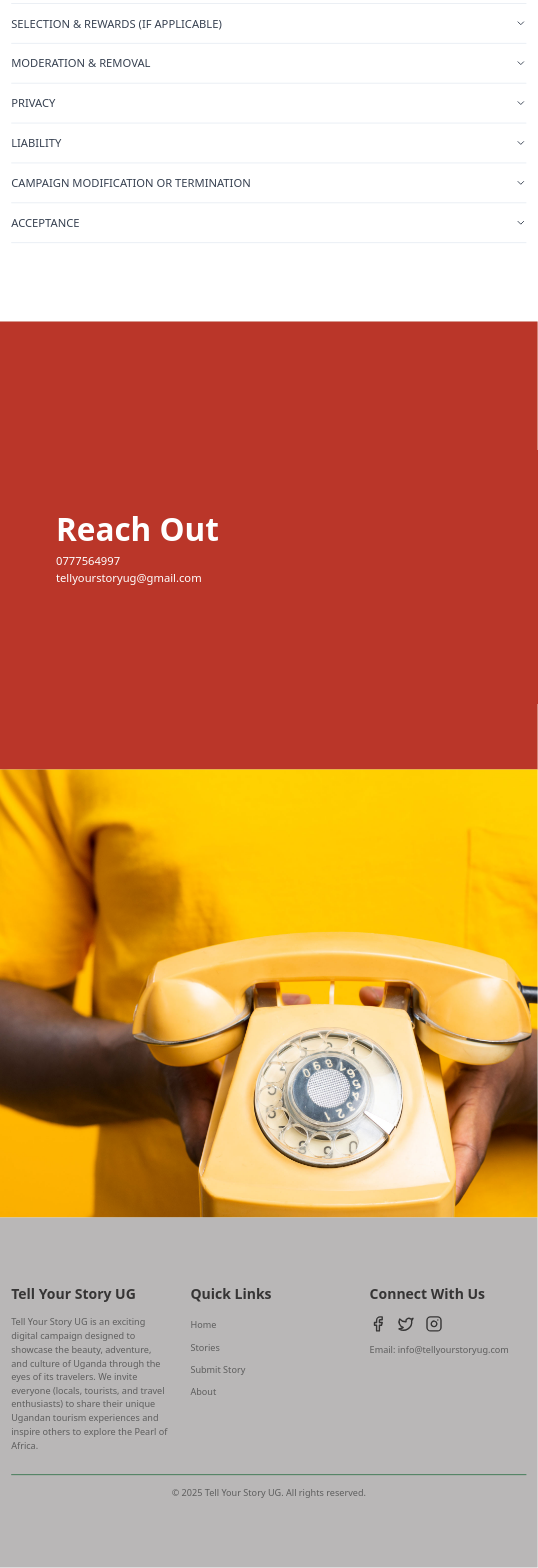
Repository: kaizoku010/take.part
Page: /
An editor plug-in stored every save of this project. The page is shown before and after the next save, followed by the edit.
The browser window is 768 px wide. The pictures show the part of the page from y = 4075 to 6315 px (the page is 6315 px tall before and 5835 px after), at 70% of full size.
Backgrounds fixed to the window are drawn as part of the page. The project was rebuilt for these pictures with package versions that can differ from the ones it lists, and the page was loaded fresh each time. Also part of the build but not shown: vite.config.ts, src/components/ui/tooltip.tsx, src/pages/About.tsx, src/components/ui/input.tsx, src/pages/Stories.tsx, src/pages/StoryDetail.tsx, src/components/ui/use-toast.ts, src/components/ui/label.tsx and 3 more.

Above is the page before, as saved 2025-04-14 17:06:54.

### index.html

<!DOCTYPE html>
<html lang="en">
  <head>
    <meta charset="UTF-8" />
    <meta name="viewport" content="width=device-width, initial-scale=1.0" />
    <title>TAKE PART</title>
    <meta name="description" content="Share your Ugandan tourism experiences and inspire others to explore the Pearl of Africa" />
    <meta name="author" content="muneza dixon" />

    <meta property="og:title" content="Tell Your Story UG - Explore Uganda" />
    <meta property="og:description" content="Share your Ugandan tourism experiences and inspire others to explore the Pearl of Africa" />

    <!-- Meta Pixel Code -->
    <script>
    !function(f,b,e,v,n,t,s)
    {if(f.fbq)return;n=f.fbq=function(){n.callMethod?
    n.callMethod.apply(n,arguments):n.queue.push(arguments)};
    if(!f._fbq)f._fbq=n;n.push=n;n.loaded=!0;n.version='2.0';
    n.queue=[];t=b.createElement(e);t.async=!0;
    t.src=v;s=b.getElementsByTagName(e)[0];
    s.parentNode.insertBefore(t,s)}(window, document,'script',
    'https://connect.facebook.net/en_US/fbevents.js');
    fbq('init', '1846327909352916');
    fbq('track', 'PageView');
    </script>
    <!-- End Meta Pixel Code -->
  </head>

  <body>
    <div id="root"></div>
    <!-- Facebook Pixel noscript -->
    <noscript><img height="1" width="1" style="display:none"
    src="https://www.facebook.com/tr?id=1846327909352916&ev=PageView&noscript=1"
    /></noscript>
    <!-- IMPORTANT: DO NOT REMOVE THIS SCRIPT TAG OR THIS VERY COMMENT! -->
    <script src="https://cdn.gpteng.co/gptengineer.js" type="module"></script>
    <script type="module" src="/src/main.tsx"></script>
  </body>
</html>

### src/App.tsx

import { Toaster } from "@/components/ui/toaster";
import { Toaster as Sonner } from "@/components/ui/sonner";
import { TooltipProvider } from "@/components/ui/tooltip";
import { QueryClient, QueryClientProvider } from "@tanstack/react-query";
import { BrowserRouter, Routes, Route } from "react-router-dom";
import Home from "./pages/Home";
import About from "./pages/About";
import Stories from "./pages/Stories";
import StoryDetail from "./pages/StoryDetail";
import SubmitStory from "./pages/SubmitStory";
import NotFound from "./pages/NotFound";
import "./mdx.css";
import "./mobile.css"

const queryClient = new QueryClient();

const App = () => (
  <QueryClientProvider client={queryClient}>
    <TooltipProvider>
      <Toaster />
      <Sonner />
      <BrowserRouter>
        <Routes>
          <Route path="/" element={<Home />} />
          <Route path="/about" element={<About />} />
          <Route path="/stories" element={<Stories />} />
          <Route path="/stories/:id" element={<StoryDetail />} />
          <Route path="/submit-story" element={<SubmitStory />} />
          {/* ADD ALL CUSTOM ROUTES ABOVE THE CATCH-ALL "*" ROUTE */}
          <Route path="*" element={<NotFound />} />
        </Routes>
      </BrowserRouter>
    </TooltipProvider>
  </QueryClientProvider>
);

export default App;

### src/index.css
@tailwind base;
@tailwind components;
@tailwind utilities;

@layer base {
  :root {
    --background: 0 0% 100%;
    --foreground: 222.2 84% 4.9%;

    --card: 0 0% 100%;
    --card-foreground: 222.2 84% 4.9%;

    --popover: 0 0% 100%;
    --popover-foreground: 222.2 84% 4.9%;

    /* Main Orange/Gold */
    --primary: 41.81 100% 49.8%;
    --primary-foreground: 210 40% 98%;

    /* Rust Red */
    --secondary: 5.38 63.88% 44.51%;
    --secondary-foreground: 210 40% 98%;

    /* Change accent to Rust Red */
    --accent: 5.38 63.88% 44.51%;
    --accent-foreground: 210 40% 98%;

    --muted: 210 40% 96.1%;
    --muted-foreground: 215.4 16.3% 46.9%;

    --destructive: 0 84.2% 60.2%;
    --destructive-foreground: 210 40% 98%;

    --border: 214.3 31.8% 91.4%;
    --input: 214.3 31.8% 91.4%;
    --ring: 5.38 63.88% 44.51%;  /* Changed to Rust Red */

    --radius: 0.5rem;

    --sidebar-background: 0 0% 98%;

    --sidebar-foreground: 240 5.3% 26.1%;

    --sidebar-primary: 240 5.9% 10%;

    --sidebar-primary-foreground: 0 0% 98%;

    --sidebar-accent: 240 4.8% 95.9%;

    --sidebar-accent-foreground: 240 5.9% 10%;

    --sidebar-border: 220 13% 91%;

    --sidebar-ring: 217.2 91.2% 59.8%;
  }

  .dark {
    --background: 222.2 84% 4.9%;
    --foreground: 210 40% 98%;

    --card: 222.2 84% 4.9%;
    --card-foreground: 210 40% 98%;

    --popover: 222.2 84% 4.9%;
    --popover-foreground: 210 40% 98%;

    /* Main Orange/Gold */
    --primary: 41.81 100% 49.8%;
    --primary-foreground: 210 40% 98%;

    /* Rust Red */
    --secondary: 5.38 63.88% 44.51%;
    --secondary-foreground: 210 40% 98%;

    /* Change accent to Rust Red */
    --accent: 5.38 63.88% 44.51%;
    --accent-foreground: 210 40% 98%;

    --muted: 217.2 32.6% 17.5%;
    --muted-foreground: 215 20.2% 65.1%;

    --destructive: 0 62.8% 30.6%;
    --destructive-foreground: 210 40% 98%;

    --border: 217.2 32.6% 17.5%;
    --input: 217.2 32.6% 17.5%;
    --ring: 5.38 63.88% 44.51%;  /* Changed to Rust Red */
    --sidebar-background: 240 5.9% 10%;
    --sidebar-foreground: 240 4.8% 95.9%;
    --sidebar-primary: 224.3 76.3% 48%;
    --sidebar-primary-foreground: 0 0% 100%;
    --sidebar-accent: 240 3.7% 15.9%;
    --sidebar-accent-foreground: 240 4.8% 95.9%;
    --sidebar-border: 240 3.7% 15.9%;
    --sidebar-ring: 217.2 91.2% 59.8%;
  }
}

@layer base {
  * {
    @apply border-border;
  }

  body {
    @apply bg-background text-foreground;
  }
}

### src/components/ui/toaster.tsx
import { useToast } from "@/hooks/use-toast"
import {
  Toast,
  ToastClose,
  ToastDescription,
  ToastProvider,
  ToastTitle,
  ToastViewport,
} from "@/components/ui/toast"

export function Toaster() {
  const { toasts } = useToast()

  return (
    <ToastProvider>
      {toasts.map(function ({ id, title, description, action, ...props }) {
        return (
          <Toast key={id} {...props}>
            <div className="grid gap-1">
              {title && <ToastTitle>{title}</ToastTitle>}
              {description && (
                <ToastDescription>{description}</ToastDescription>
              )}
            </div>
            {action}
            <ToastClose />
          </Toast>
        )
      })}
      <ToastViewport />
    </ToastProvider>
  )
}

### src/components/ui/sonner.tsx
import { useTheme } from "next-themes"
import { Toaster as Sonner, toast } from "sonner"

type ToasterProps = React.ComponentProps<typeof Sonner>

const Toaster = ({ ...props }: ToasterProps) => {
  const { theme = "system" } = useTheme()

  return (
    <Sonner
      theme={theme as ToasterProps["theme"]}
      className="toaster group"
      toastOptions={{
        classNames: {
          toast:
            "group toast group-[.toaster]:bg-background group-[.toaster]:text-foreground group-[.toaster]:border-border group-[.toaster]:shadow-lg",
          description: "group-[.toast]:text-muted-foreground",
          actionButton:
            "group-[.toast]:bg-primary group-[.toast]:text-primary-foreground",
          cancelButton:
            "group-[.toast]:bg-muted group-[.toast]:text-muted-foreground",
        },
      }}
      {...props}
    />
  )
}

export { Toaster, toast }

### src/mdx.css
#hero-text{
    font-size: 1.2rem !important;
    line-height: unset !important;
}

#logo{
    width: 6rem !important;
}

#nav{
    background-color: white !important;

}

#link{
    font-size: small !important;
    font-weight: 500;
color:rgba(0, 0, 0, 0.658) !important;
}


.bg-green-800{
    background-color: #ba3629 !important;
}

.bg-yellow-800{
    background-color: rgb(254, 177, 0) !important;
}


.bg-yellow-dx{
    background-color: rgb(254, 177, 0) !important;
}

.bg-green-900 {
    color: rgb(54, 53, 53) !important;
background-color: rgb(185, 183, 183) !important;
}


.text-green-800 {
    --tw-text-opacity: 1;
    color: rgb(43 49 45) !important;
}


.text-gray-hound{
    font-size: small;
    color: rgb(94, 94, 94) !important;
}


#carousel-section{
    padding-top: 5rem;
    padding-bottom: 5rem;
    background-color: #feb100 !important;
}

.bg-background {
    background-color: #212120 !important;
}

#prizes-section{
    height: 40rem !important;
    display: flex;
    padding-left: 10rem;
    background-position: bottom;
    background-attachment: fixed;
    width: 100%;
    background-image: url("../src/media/zebs.jpg");
}


.content-prizes{
display: flex;
/* background-color: red; */
width: 100%;
flex-direction: column;
justify-content: center;
}

.content-prizes-2{
display: flex;
background-color: transparent;
width: 100%;
flex-direction: column;
}

.win-title{

    font-weight: 800;
    font-size: 2rem;
    margin-bottom: 1rem;
    color: white;
}

.prize{
    display: flex;

    /* margin-bottom: 1rem; */
    font-weight: 200;
    /* font-size: 2rem; */
    align-items: center;
    color: white;
}

.prize img{
    width: 2.5rem;
    height: 2rem;
}


.take-part{
    background-color: #feb100;
    color: rgb(54, 52, 52);
    padding: 0.7rem;
    margin-top: 2rem;
    width: 10rem;
    font-weight: bold;
    font-size: small;
    border-radius: 10px;

}

.take-part:hover{
    color: white !important;
background-color: #ba3629 !important;
}


#vist-ug{
    background-color: #ba3629 !important;
}


#vist-ug:hover{
    background-color: transparent !important;
}


#footer{
    padding-top: 6rem;
    padding-bottom: 6rem;
}

#cta{
    height: 30rem;
    display: flex;
    flex-direction: column;
    justify-content: center;
    /* padding-top: 5rem !important;
    padding-bottom: 5rem !important; */
}


#contact{
    display: flex;
    /* background-image: url("../src/media/call.jpg"); */
}


#cta-section{
    width: 100%;
    height: 40rem;
    justify-content: center;
    display: flex;
    color: white;
    flex-direction: column;
    background-color: #ba3629 !important;
}

#cta-section-2{
    width: 100%;
    height: 40rem;
    background-size: cover;
    background-image: url("../src/media/call.jpg");
    background-color: #feb100 !important;
}

.call-title{
    padding-left: 10rem;
    font-size: 45px;
    font-weight: 800;

}

#cta-section > p{
    padding-left: 10rem;

}

### src/mobile.css
@media (max-width: 768px) {
    header {
      padding: 0.5rem 0;
    }

    .mobile-menu {
      position: absolute;
      top: 100%;
      left: 0;
      right: 0;
      background-color: #166534; /* green-800 */
      padding: 1rem;
      box-shadow: 0 2px 4px rgba(0,0,0,0.1);
    }

    .mobile-menu a {
      display: block;
      padding: 0.75rem 1rem;
      color: white;
      border-bottom: 1px solid rgba(255,255,255,0.1);
    }

    .mobile-menu a:last-child {
      border-bottom: none;
    }


    #contact {
        display: flex;
        flex-direction: column;
    }

#cta-section{
    flex-direction: column;
}

.call-title{
    padding-left: 5rem;
    font-size: 45px;
    font-weight: 800;

}


#cta-section-2{
    width: 100%;
    height: 40rem;

}

#cta-section > p{
    padding-left: 5rem;

}

  }

### src/components/ui/button.tsx
import * as React from "react"
import { Slot } from "@radix-ui/react-slot"
import { cva, type VariantProps } from "class-variance-authority"

import { cn } from "@/lib/utils"

const buttonVariants = cva(
  "inline-flex items-center justify-center gap-2 whitespace-nowrap rounded-md text-sm font-medium ring-offset-background transition-colors focus-visible:outline-none focus-visible:ring-2 focus-visible:ring-ring focus-visible:ring-offset-2 disabled:pointer-events-none disabled:opacity-50 [&_svg]:pointer-events-none [&_svg]:size-4 [&_svg]:shrink-0",
  {
    variants: {
      variant: {
        default: "bg-primary text-primary-foreground hover:bg-primary/90",
        destructive:
          "bg-destructive text-destructive-foreground hover:bg-destructive/90",
        outline:
          "border border-input bg-background hover:bg-accent hover:text-accent-foreground",
        secondary:
          "bg-secondary text-secondary-foreground hover:bg-secondary/80",
        ghost: "hover:bg-accent hover:text-accent-foreground",
        link: "text-primary underline-offset-4 hover:underline",
      },
      size: {
        default: "h-10 px-4 py-2",
        sm: "h-9 rounded-md px-3",
        lg: "h-11 rounded-md px-8",
        icon: "h-10 w-10",
      },
    },
    defaultVariants: {
      variant: "default",
      size: "default",
    },
  }
)

export interface ButtonProps
  extends React.ButtonHTMLAttributes<HTMLButtonElement>,
    VariantProps<typeof buttonVariants> {
  asChild?: boolean
}

const Button = React.forwardRef<HTMLButtonElement, ButtonProps>(
  ({ className, variant, size, asChild = false, ...props }, ref) => {
    const Comp = asChild ? Slot : "button"
    return (
      <Comp
        className={cn(buttonVariants({ variant, size, className }))}
        ref={ref}
        {...props}
      />
    )
  }
)
Button.displayName = "Button"

export { Button, buttonVariants }

### src/components/ui/card.tsx
import * as React from "react"

import { cn } from "@/lib/utils"

const Card = React.forwardRef<
  HTMLDivElement,
  React.HTMLAttributes<HTMLDivElement>
>(({ className, ...props }, ref) => (
  <div
    ref={ref}
    className={cn(
      "rounded-lg border bg-card text-card-foreground shadow-sm",
      className
    )}
    {...props}
  />
))
Card.displayName = "Card"

const CardHeader = React.forwardRef<
  HTMLDivElement,
  React.HTMLAttributes<HTMLDivElement>
>(({ className, ...props }, ref) => (
  <div
    ref={ref}
    className={cn("flex flex-col space-y-1.5 p-6", className)}
    {...props}
  />
))
CardHeader.displayName = "CardHeader"

const CardTitle = React.forwardRef<
  HTMLParagraphElement,
  React.HTMLAttributes<HTMLHeadingElement>
>(({ className, ...props }, ref) => (
  <h3
    ref={ref}
    className={cn(
      "text-2xl font-semibold leading-none tracking-tight",
      className
    )}
    {...props}
  />
))
CardTitle.displayName = "CardTitle"

const CardDescription = React.forwardRef<
  HTMLParagraphElement,
  React.HTMLAttributes<HTMLParagraphElement>
>(({ className, ...props }, ref) => (
  <p
    ref={ref}
    className={cn("text-sm text-muted-foreground", className)}
    {...props}
  />
))
CardDescription.displayName = "CardDescription"

const CardContent = React.forwardRef<
  HTMLDivElement,
  React.HTMLAttributes<HTMLDivElement>
>(({ className, ...props }, ref) => (
  <div ref={ref} className={cn("p-6 pt-0", className)} {...props} />
))
CardContent.displayName = "CardContent"

const CardFooter = React.forwardRef<
  HTMLDivElement,
  React.HTMLAttributes<HTMLDivElement>
>(({ className, ...props }, ref) => (
  <div
    ref={ref}
    className={cn("flex items-center p-6 pt-0", className)}
    {...props}
  />
))
CardFooter.displayName = "CardFooter"

export { Card, CardHeader, CardFooter, CardTitle, CardDescription, CardContent }

### src/components/layout/Layout.tsx

import { ReactNode } from "react";
import Header from "./Header";
import Footer from "./Footer";

interface LayoutProps {
  children: ReactNode;
}

const Layout = ({ children }: LayoutProps) => {
  return (
    <div className="flex flex-col min-h-screen">
      <Header />
      <main className="flex-grow">
        {children}
      </main>
      <Footer />
    </div>
  );
};

export default Layout;

### src/components/ui/accordion.tsx
import * as React from "react"
import * as AccordionPrimitive from "@radix-ui/react-accordion"
import { ChevronDown } from "lucide-react"

import { cn } from "@/lib/utils"

const Accordion = AccordionPrimitive.Root

const AccordionItem = React.forwardRef<
  React.ElementRef<typeof AccordionPrimitive.Item>,
  React.ComponentPropsWithoutRef<typeof AccordionPrimitive.Item>
>(({ className, ...props }, ref) => (
  <AccordionPrimitive.Item
    ref={ref}
    className={cn("border-b", className)}
    {...props}
  />
))
AccordionItem.displayName = "AccordionItem"

const AccordionTrigger = React.forwardRef<
  React.ElementRef<typeof AccordionPrimitive.Trigger>,
  React.ComponentPropsWithoutRef<typeof AccordionPrimitive.Trigger>
>(({ className, children, ...props }, ref) => (
  <AccordionPrimitive.Header className="flex">
    <AccordionPrimitive.Trigger
      ref={ref}
      className={cn(
        "flex flex-1 items-center justify-between py-4 font-medium transition-all hover:underline [&[data-state=open]>svg]:rotate-180",
        className
      )}
      {...props}
    >
      {children}
      <ChevronDown className="h-4 w-4 shrink-0 transition-transform duration-200" />
    </AccordionPrimitive.Trigger>
  </AccordionPrimitive.Header>
))
AccordionTrigger.displayName = AccordionPrimitive.Trigger.displayName

const AccordionContent = React.forwardRef<
  React.ElementRef<typeof AccordionPrimitive.Content>,
  React.ComponentPropsWithoutRef<typeof AccordionPrimitive.Content>
>(({ className, children, ...props }, ref) => (
  <AccordionPrimitive.Content
    ref={ref}
    className="overflow-hidden text-sm transition-all data-[state=closed]:animate-accordion-up data-[state=open]:animate-accordion-down"
    {...props}
  >
    <div className={cn("pb-4 pt-0", className)}>{children}</div>
  </AccordionPrimitive.Content>
))

AccordionContent.displayName = AccordionPrimitive.Content.displayName

export { Accordion, AccordionItem, AccordionTrigger, AccordionContent }

### src/components/layout/Footer.tsx

import { Facebook, Instagram, Twitter } from "lucide-react";
import { Link } from "react-router-dom";

const Footer = () => {
  return (
    <footer id="footer" className="bg-green-900 text-white py-10">
      <div className="container mx-auto px-4">
        <div className="grid grid-cols-1 md:grid-cols-3 gap-8">
          <div>
            <h3 className="text-xl font-bold mb-4">Tell Your Story UG</h3>
            <p className="text-gray-300 text-gray-hound">
            Tell Your Story UG is an exciting digital campaign designed to showcase the beauty, adventure, and culture of Uganda through the eyes of its travelers. We invite everyone (locals, tourists, and travel enthusiasts) to share their unique Ugandan tourism experiences and inspire others to explore the Pearl of Africa.
                        </p>
          </div>

          <div>
            <h3 className="text-xl font-bold mb-4">Quick Links</h3>
            <ul className="space-y-2">
              <li><Link to="/" className="text-gray-hound text-gray-300 hover:text-yellow-400 transition-colors">Home</Link></li>
              <li><Link to="/stories" className="text-gray-hound text-gray-300 hover:text-yellow-400 transition-colors">Stories</Link></li>
              <li><Link to="/submit-story" className="text-gray-hound text-gray-300 hover:text-yellow-400 transition-colors">Submit Story</Link></li>
              <li><Link to="/about" className="text-gray-hound text-gray-300 hover:text-yellow-400 transition-colors">About</Link></li>
            </ul>
          </div>

          <div>
            <h3 className="text-xl font-bold mb-4">Connect With Us</h3>
            <div className="flex space-x-4">
              <a href="https://facebook.com" target="_blank" rel="noopener noreferrer" className="hover:text-yellow-400 transition-colors">
                <Facebook size={24} />
              </a>
              <a href="https://twitter.com" target="_blank" rel="noopener noreferrer" className="hover:text-yellow-400 transition-colors">
                <Twitter size={24} />
              </a>
              <a href="https://instagram.com" target="_blank" rel="noopener noreferrer" className="hover:text-yellow-400 transition-colors">
                <Instagram size={24} />
              </a>
            </div>
            <p className="mt-4 text-gray-300 text-gray-hound">
              Email: <a href="mailto:info@tellyourstoryug.com" className="text-gray-hound hover:text-yellow-400 transition-colors">info@tellyourstoryug.com</a>
            </p>
          </div>
        </div>

        <div className="mt-8 pt-4 border-t border-green-800 text-center text-gray-300 text-gray-hound">
          <p>&copy; {new Date().getFullYear()} Tell Your Story UG. All rights reserved.</p>
        </div>
      </div>
    </footer>
  );
};

export default Footer;

### tailwind.config.ts
import type { Config } from "tailwindcss";

export default {
	darkMode: ["class"],
	content: [
		"./pages/**/*.{ts,tsx}",
		"./components/**/*.{ts,tsx}",
		"./app/**/*.{ts,tsx}",
		"./src/**/*.{ts,tsx}",
	],
	prefix: "",
	theme: {
		container: {
			center: true,
			padding: '2rem',
			screens: {
				'2xl': '1400px'
			}
		},
		extend: {
			colors: {
				main: 'hsl(41.81, 100%, 49.8%)',    // Orange/Gold
				accent: 'hsl(5.38, 63.88%, 44.51%)', // Rust Red
				border: 'hsl(var(--border))',
				input: 'hsl(var(--input))',
				ring: 'hsl(var(--ring))',
				background: 'hsl(var(--background))',
				foreground: 'hsl(var(--foreground))',
				primary: {
					DEFAULT: 'hsl(var(--primary))',
					foreground: 'hsl(var(--primary-foreground))'
				},
				secondary: {
					DEFAULT: 'hsl(var(--secondary))',
					foreground: 'hsl(var(--secondary-foreground))'
				},
				destructive: {
					DEFAULT: 'hsl(var(--destructive))',
					foreground: 'hsl(var(--destructive-foreground))'
				},
				muted: {
					DEFAULT: 'hsl(var(--muted))',
					foreground: 'hsl(var(--muted-foreground))'
				},
				// accent: {
				// 	DEFAULT: 'hsl(var(--accent))',
				// 	foreground: 'hsl(var(--accent-foreground))'
				// },
				popover: {
					DEFAULT: 'hsl(var(--popover))',
					foreground: 'hsl(var(--popover-foreground))'
				},
				card: {
					DEFAULT: 'hsl(var(--card))',
					foreground: 'hsl(var(--card-foreground))'
				},
				sidebar: {
					DEFAULT: 'hsl(var(--sidebar-background))',
					foreground: 'hsl(var(--sidebar-foreground))',
					primary: 'hsl(var(--sidebar-primary))',
					'primary-foreground': 'hsl(var(--sidebar-primary-foreground))',
					accent: 'hsl(var(--sidebar-accent))',
					'accent-foreground': 'hsl(var(--sidebar-accent-foreground))',
					border: 'hsl(var(--sidebar-border))',
					ring: 'hsl(var(--sidebar-ring))'
				}
			},
			borderRadius: {
				lg: 'var(--radius)',
				md: 'calc(var(--radius) - 2px)',
				sm: 'calc(var(--radius) - 4px)'
			},
			keyframes: {
				'accordion-down': {
					from: {
						height: '0'
					},
					to: {
						height: 'var(--radix-accordion-content-height)'
					}
				},
				'accordion-up': {
					from: {
						height: 'var(--radix-accordion-content-height)'
					},
					to: {
						height: '0'
					}
				}
			},
			animation: {
				'accordion-down': 'accordion-down 0.2s ease-out',
				'accordion-up': 'accordion-up 0.2s ease-out'
			}
		}
	},
	plugins: [require("tailwindcss-animate")],
} satisfies Config;

Loaded but not shown: src/main.tsx (common file); src/hooks/use-toast.ts (common file); src/lib/utils.ts (common file); src/pages/Home.tsx (610 lines, source omitted); src/components/ui/carousel.tsx (260 lines, source omitted); src/components/ui/toast.tsx (127 lines, source omitted); src/components/layout/Header.tsx (66 lines, source omitted)

After the next save:
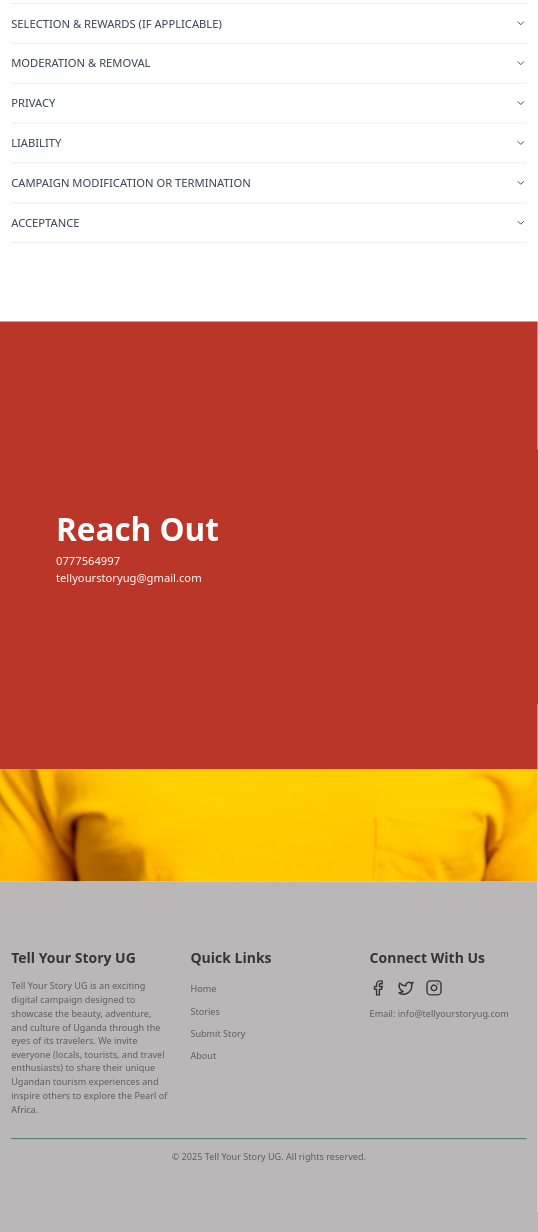
Saved 5 s later.
--- a/src/mobile.css
+++ b/src/mobile.css
@@ -44,7 +44,7 @@
 
 #cta-section-2{
     width: 100%;
-    height: 40rem;
+    height: 10rem;
 
 }
 

After the 2 saves that followed:
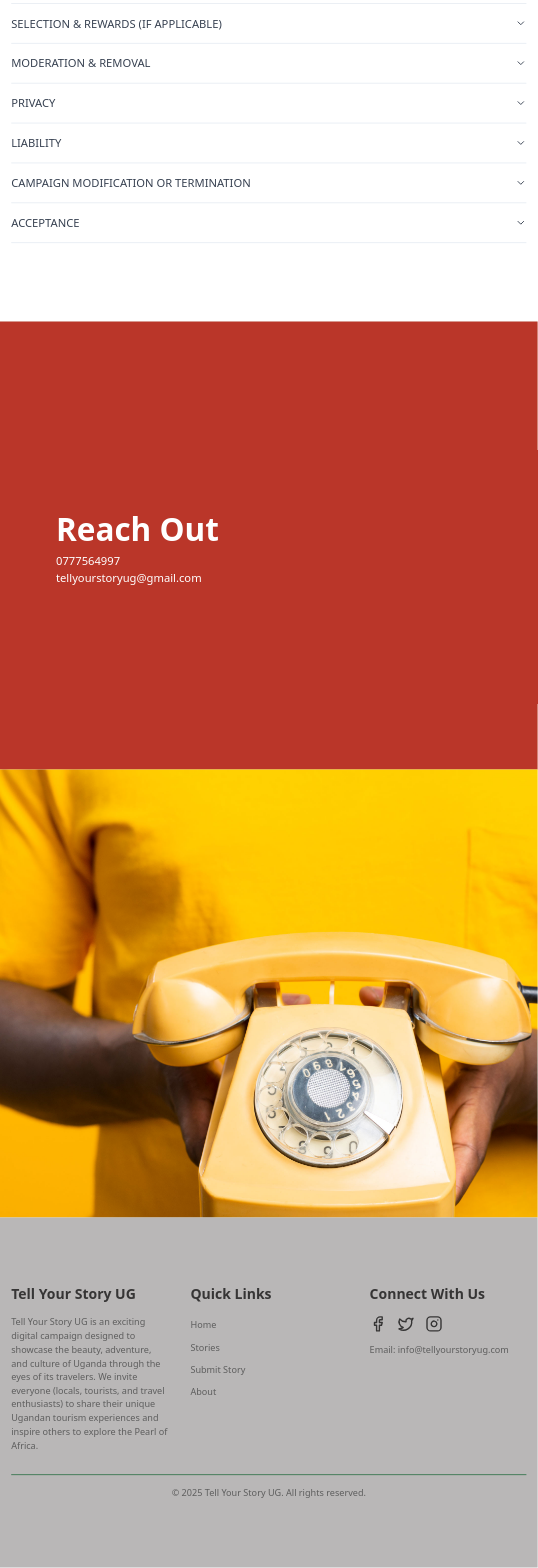
The 2 saves are shown as one change because they came seconds apart.
The last was saved 10 s later.
--- a/src/mobile.css
+++ b/src/mobile.css
@@ -42,11 +42,7 @@
 }
 
 
-#cta-section-2{
-    width: 100%;
-    height: 10rem;
 
-}
 
 #cta-section > p{
     padding-left: 5rem;
